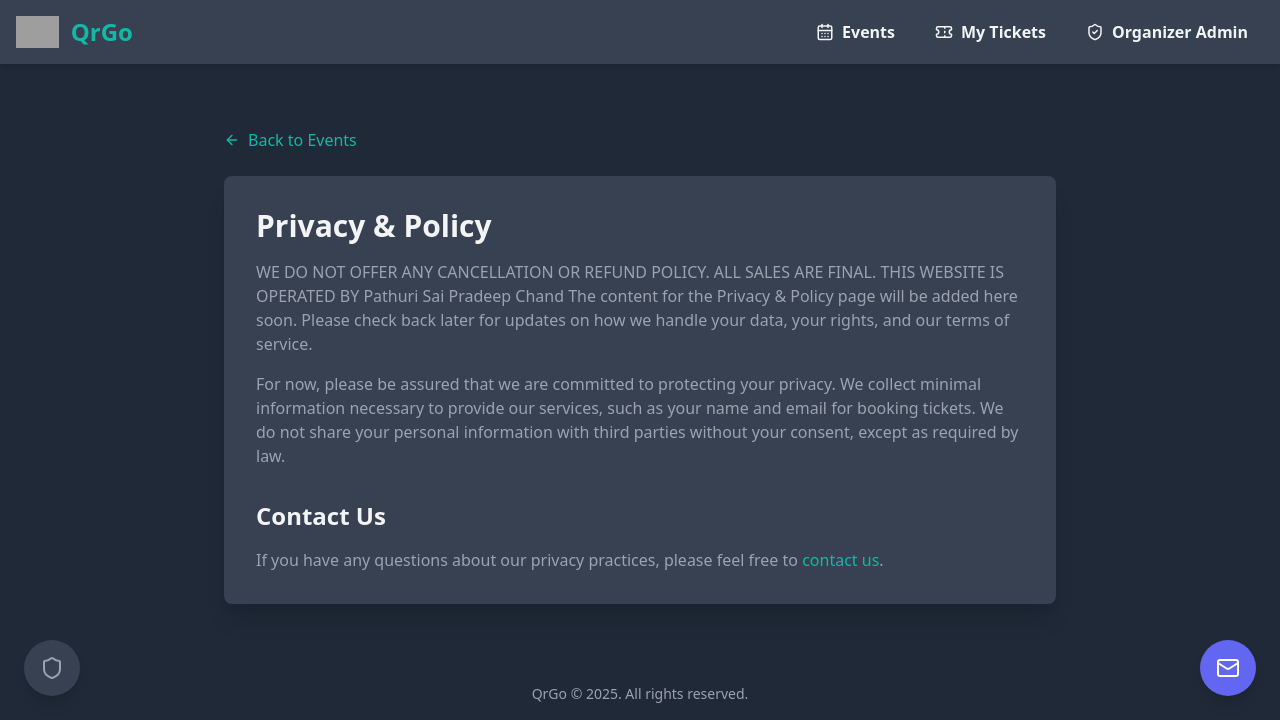
Repository: Dhakshin2007/QrGo
Page: /#/privacy-policy
These files come from the project's save history. The page is drawn as it stood at one moment and after a run of saves; the edit follows.
The browser window is 1280 px wide. The pictures show the whole page.
Pictures or frames that could not be fetched are drawn as grey boxes. Some web libraries are served in a nearby version. The project was rebuilt for these pictures with package versions that can differ from the ones it lists, and the page was loaded fresh each time. Also part of the build but not shown: vite.config.ts, components/EventCard.tsx, pages/HomePage.tsx, pages/BookingPage.tsx, components/TicketCard.tsx, pages/MyTicketsPage.tsx, services/aiService.ts, pages/AdminPage.tsx.

Above is the page before, as saved 2025-08-10 12:42:28.

### index.html
<!DOCTYPE html>
<html lang="en">
  <head>
    <meta name="description" content="Website Used to Host Events and Book Tickets and Inbuild scanning. If You want to Host an Event, Contact Us." />
<meta name="keywords" content="QrGo , QrGo Startup , Events IIT Ropar,Tickets , District , Paytm , Zomato , Ticket Booking , Event Hosting ,  Telugu Students IIT, IIT Ropar culture, IIT Ropar">
<meta name="author" content="Kotha Dhakshin">
<meta property="og:title" content="QrGo - Event Ticket Hosting Platform" />
<meta property="og:description" content="Official site for QrGo. Events, Bookings, and student details." />
<meta property="og:url" content="https://qrgo-weld.vercel.app/" />
<meta property="og:type" content="website" />
<meta property="og:image" content="#" />

  <meta charset="UTF-8" />
    <link rel="icon" type="image/png" href = "https://i.postimg.cc/qqd3M6cN/Google-AI-Studio-2025-08-09-T14-17-15-618-Z.png" />
    <meta name="viewport" content="width=device-width, initial-scale=1.0" />
    <title>QrGo</title>
    <script src="https://cdn.tailwindcss.com"></script>
    <script>
      tailwind.config = {
        theme: {
          extend: {
            colors: {
              'primary': '#14b8a6', // teal-500
              'primary-focus': '#0d9488', // teal-600
              'background': '#1f2937', // gray-800
              'surface': '#374151', // gray-700
              'on-surface': '#f3f4f6', // gray-200
              'on-surface-secondary': '#9ca3af', // gray-400
              'accent': '#6366f1', // indigo-500
            }
          }
        }
      }
    </script>
    <!-- html5-qrcode library -->
    <script src="https://unpkg.com/html5-qrcode" type="text/javascript"></script>
  <script type="importmap">
{
  "imports": {
    "react-router-dom": "https://esm.sh/react-router-dom@^7.8.0",
    "react-dom/": "https://esm.sh/react-dom@^19.1.1/",
    "react/": "https://esm.sh/react@^19.1.1/",
    "react": "https://esm.sh/react@^19.1.1",
    "lucide-react": "https://esm.sh/lucide-react@^0.539.0",
    "html5-qrcode": "https://esm.sh/html5-qrcode@^2.3.8",
    "qrcode": "https://esm.sh/qrcode@^1.5.4",
    "@supabase/supabase-js": "https://esm.sh/@supabase/supabase-js@2",
    "@google/genai": "https://esm.sh/@google/genai@^1.13.0"
  }
}
</script>
</head>
  <body class="bg-background text-on-surface">
    <div id="root"></div>
    <script type="module" src="/index.tsx"></script>
  </body>
</html>

### App.tsx


import React, { createContext, useContext, useState, useEffect, useCallback, ReactNode } from 'react';
import * as ReactRouterDOM from 'react-router-dom';
import HomePage from './pages/HomePage';
import BookingPage from './pages/BookingPage';
import MyTicketsPage from './pages/MyTicketsPage';
import AdminPage from './pages/AdminPage';
import PrivacyPolicyPage from './pages/PrivacyPolicyPage';
import Header from './components/Header';
import { ToastProvider } from './contexts/ToastContext';
import { AuthProvider } from './contexts/AuthContext';
import Toast from './components/Toast';
import { Mail, Shield } from 'lucide-react';
import { Event, EventStatus } from './types';
import { db } from './services/db';

// --- Event Context for Global State Management ---

interface EventContextType {
  events: Event[];
  isLoading: boolean;
  updateEventStatus: (eventId: string, newStatus: EventStatus) => void;
}

const EventContext = createContext<EventContextType | undefined>(undefined);

export const EventProvider: React.FC<{ children: ReactNode }> = ({ children }) => {
  const [events, setEvents] = useState<Event[]>([]);
  const [isLoading, setIsLoading] = useState(true);

  useEffect(() => {
    const fetchEvents = async () => {
      try {
        const initialEvents = await db.getEvents();
        setEvents(initialEvents);
      } catch (error) {
        console.error("Failed to fetch initial events:", error);
      } finally {
        setIsLoading(false);
      }
    };
    fetchEvents();
  }, []);

  const updateEventStatus = useCallback((eventId: string, newStatus: EventStatus) => {
    setEvents(currentEvents =>
      currentEvents.map(event =>
        event.id === eventId ? { ...event, status: newStatus } : event
      )
    );
  }, []);

  return (
    <EventContext.Provider value={{ events, isLoading, updateEventStatus }}>
      {children}
    </EventContext.Provider>
  );
};

export const useEvents = () => {
  const context = useContext(EventContext);
  if (!context) {
    throw new Error('useEvents must be used within an EventProvider');
  }
  return context;
};


// --- Main App Component ---

const App: React.FC = () => {
  return (
    <ToastProvider>
      <AuthProvider>
        <EventProvider>
          <ReactRouterDOM.HashRouter>
            <div className="min-h-screen flex flex-col bg-background">
              <Header />
              <main className="flex-grow container mx-auto px-4 py-8">
                <ReactRouterDOM.Routes>
                  <ReactRouterDOM.Route path="/" element={<HomePage />} />
                  <ReactRouterDOM.Route path="/book/:eventId" element={<BookingPage />} />
                  <ReactRouterDOM.Route path="/my-tickets" element={<MyTicketsPage />} />
                  <ReactRouterDOM.Route path="/admin" element={<AdminPage />} />
                  <ReactRouterDOM.Route path="/privacy-policy" element={<PrivacyPolicyPage />} />
                </ReactRouterDOM.Routes>
              </main>
              <footer className="text-center py-4 text-on-surface-secondary text-sm">
                <p>QrGo &copy; 2025. All rights reserved.</p>
              </footer>
               <ReactRouterDOM.Link
                to="/privacy-policy"
                className="fixed bottom-6 left-6 bg-surface text-on-surface-secondary p-4 rounded-full shadow-lg hover:bg-primary hover:text-white transition-colors flex items-center gap-2 z-50"
                title="Privacy & Policy"
                aria-label="Privacy and Policy"
              >
                <Shield size={24} />
              </ReactRouterDOM.Link>
              <a
                href="mailto:kothadhakshin123@gmail.com"
                className="fixed bottom-6 right-6 bg-accent text-white p-4 rounded-full shadow-lg hover:bg-indigo-600 transition-colors flex items-center gap-2 z-50"
                title="Contact Support"
                aria-label="Contact Support"
              >
                <Mail size={24} />
              </a>
            </div>
          </ReactRouterDOM.HashRouter>
          <Toast />
        </EventProvider>
      </AuthProvider>
    </ToastProvider>
  );
};

export default App;

### pages/PrivacyPolicyPage.tsx

import React from 'react';
import * as ReactRouterDOM from 'react-router-dom';
import { ArrowLeft } from 'lucide-react';

const PrivacyPolicyPage: React.FC = () => {
  return (
    <div className="max-w-4xl mx-auto animate-fade-in p-4 sm:p-6 lg:p-8">
      <ReactRouterDOM.Link to="/" className="flex items-center gap-2 mb-6 text-primary hover:underline">
          <ArrowLeft size={16} /> Back to Events
       </ReactRouterDOM.Link>
      <div className="bg-surface rounded-lg shadow-xl p-8">
        <h1 className="text-3xl font-bold mb-4 text-on-surface">Privacy & Policy</h1>
        <div className="space-y-4 text-on-surface-secondary">
          <p>
            WE DO NOT OFFER ANY CANCELLATION OR REFUND POLICY. ALL SALES ARE FINAL.
            THIS WEBSITE IS OPERATED BY Pathuri Sai Pradeep Chand
            The content for the Privacy & Policy page will be added here soon.
            Please check back later for updates on how we handle your data, your rights, and our terms of service.
          </p>
          <p>
            For now, please be assured that we are committed to protecting your privacy. We collect minimal information necessary to provide our services, such as your name and email for booking tickets.
            We do not share your personal information with third parties without your consent, except as required by law.
          </p>
          <h2 className="text-2xl font-semibold text-on-surface pt-4">Contact Us</h2>
          <p>
            If you have any questions about our privacy practices, please feel free to <a href="mailto:kothadhakshin123@gmail.com" className="text-primary hover:underline">contact us</a>.
          </p>
        </div>
      </div>
    </div>
  );
};

export default PrivacyPolicyPage;

### components/Header.tsx

import React from 'react';
import * as ReactRouterDOM from 'react-router-dom';
import { Ticket, ShieldCheck, CalendarDays, QrCode } from 'lucide-react';
import { LOGO_URL } from '../constants';

const Header: React.FC = () => {
  const activeLinkClass = "bg-primary text-white";
  const inactiveLinkClass = "text-on-surface hover:bg-surface";

  return (
    <header className="bg-surface shadow-md sticky top-0 z-50">
      <nav className="container mx-auto px-4 py-3 flex justify-between items-center">
        <ReactRouterDOM.Link to="/" className="flex items-center gap-3 text-2xl font-bold text-primary">
          {LOGO_URL ? (
            <img src={LOGO_URL} alt="QrGo Logo" className="h-8 w-auto" />
          ) : (
            <QrCode size={28} />
          )}
          <span>QrGo</span>
        </ReactRouterDOM.Link>
        <div className="flex items-center gap-2">
          <ReactRouterDOM.NavLink
            to="/"
            className={({ isActive }) => `${isActive ? activeLinkClass : inactiveLinkClass} px-4 py-2 rounded-md font-semibold transition-colors duration-200 flex items-center gap-2`}
          >
            <CalendarDays size={18}/> Events
          </ReactRouterDOM.NavLink>
          <ReactRouterDOM.NavLink
            to="/my-tickets"
            className={({ isActive }) => `${isActive ? activeLinkClass : inactiveLinkClass} px-4 py-2 rounded-md font-semibold transition-colors duration-200 flex items-center gap-2`}
          >
            <Ticket size={18}/> My Tickets
          </ReactRouterDOM.NavLink>
          <ReactRouterDOM.NavLink
            to="/admin"
            className={({ isActive }) => `${isActive ? activeLinkClass : inactiveLinkClass} px-4 py-2 rounded-md font-semibold transition-colors duration-200 flex items-center gap-2`}
          >
            <ShieldCheck size={18}/> Organizer Admin
          </ReactRouterDOM.NavLink>
        </div>
      </nav>
    </header>
  );
};

export default Header;

### contexts/ToastContext.tsx
import React, { createContext, useState, useContext, ReactNode, useCallback, useRef } from 'react';

type ToastType = 'success' | 'error' | 'info';

interface ToastState {
  message: string;
  type: ToastType;
  isVisible: boolean;
}

interface ToastContextType {
  showToast: (message: string, type: ToastType) => void;
  toastConfig: ToastState | null;
}

const ToastContext = createContext<ToastContextType | undefined>(undefined);

export const ToastProvider: React.FC<{ children: ReactNode }> = ({ children }) => {
  const [toastConfig, setToastConfig] = useState<ToastState | null>(null);
  const timeoutIdRef = useRef<number | null>(null);

  const showToast = useCallback((message: string, type: ToastType) => {
    if (timeoutIdRef.current) {
      clearTimeout(timeoutIdRef.current);
    }
    setToastConfig({ message, type, isVisible: true });

    timeoutIdRef.current = window.setTimeout(() => {
      setToastConfig(prev => prev ? { ...prev, isVisible: false } : null);
      timeoutIdRef.current = null;
    }, 4000);
  }, []);


  return (
    <ToastContext.Provider value={{ showToast, toastConfig }}>
      {children}
    </ToastContext.Provider>
  );
};

export const useToast = () => {
  const context = useContext(ToastContext);
  if (context === undefined) {
    throw new Error('useToast must be used within a ToastProvider');
  }
  return context;
};

### contexts/AuthContext.tsx
import React, { createContext, useState, useContext, ReactNode, useCallback } from 'react';
import { Organizer } from '../types';

interface AuthState {
  isUserLoggedIn: boolean;
  userEmail: string | null;
  userPin: string | null;
  loggedInOrganizer: Organizer | null;
  loginUser: (email: string, pin: string) => void;
  logoutUser: () => void;
  loginOrganizer: (username: string, secretId: string) => boolean;
  logoutOrganizer: () => void;
}

const AuthContext = createContext<AuthState | undefined>(undefined);

export const AuthProvider: React.FC<{ children: ReactNode }> = ({ children }) => {
  const [isUserLoggedIn, setIsUserLoggedIn] = useState(false);
  const [userEmail, setUserEmail] = useState<string | null>(null);
  const [userPin, setUserPin] = useState<string | null>(null);
  const [loggedInOrganizer, setLoggedInOrganizer] = useState<Organizer | null>(null);

  const loginUser = (email: string, pin:string) => {
    setUserEmail(email.toLowerCase());
    setUserPin(pin);
    setIsUserLoggedIn(true);
  };

  const logoutUser = () => {
    setIsUserLoggedIn(false);
    setUserEmail(null);
    setUserPin(null);
  };

  const loginOrganizer = useCallback((username: string, secretId: string): boolean => {
    // --- Security Note ---
    // In a real production application, this organizer data should NOT be hardcoded here.
    // It should be loaded securely, for example, from environment variables on a server
    // or from a secure configuration service. This prevents sensitive credentials from
    // being exposed in the client-side code.
    // Example for a Node.js environment:
    // const ORGANIZERS = JSON.parse(process.env.ORGANIZERS_JSON || '[]');
    const ORGANIZERS: Organizer[] = [
      { id: 'super-admin', username: 'Dhakshin', secretId: 'Dk07' },
      { id: 'org-1', username: 'TCA', secretId: 'tca@2334' },
      // { id: 'org-2', username: 'TechCon', secretId: 'techcon-secret' }
    ];

    const organizer = ORGANIZERS.find(
        org => org.username.toLowerCase() === username.toLowerCase() && org.secretId === secretId
    );
    if (organizer) {
        setLoggedInOrganizer(organizer);
        return true;
    }
    return false;
  }, []);

  const logoutOrganizer = () => {
      setLoggedInOrganizer(null);
  };

  return (
    <AuthContext.Provider value={{ isUserLoggedIn, userEmail, userPin, loggedInOrganizer, loginUser, logoutUser, loginOrganizer, logoutOrganizer }}>
      {children}
    </AuthContext.Provider>
  );
};

export const useAuth = () => {
  const context = useContext(AuthContext);
  if (context === undefined) {
    throw new Error('useAuth must be used within an AuthProvider');
  }
  return context;
};

### components/Toast.tsx
import React from 'react';
import { useToast } from '../contexts/ToastContext';
import { CheckCircle, XCircle, Info } from 'lucide-react';

const icons = {
  success: <CheckCircle className="text-green-400" size={24} />,
  error: <XCircle className="text-red-400" size={24} />,
  info: <Info className="text-blue-400" size={24} />,
};

const bgColors = {
  success: 'bg-green-500/20 border-green-500',
  error: 'bg-red-500/20 border-red-500',
  info: 'bg-blue-500/20 border-blue-500',
};

const Toast: React.FC = () => {
  const { toastConfig } = useToast();

  if (!toastConfig) {
    return null;
  }

  const { message, type, isVisible } = toastConfig;

  return (
    <div
      aria-live="assertive"
      className={`fixed bottom-5 right-5 z-50 transition-all duration-300 ease-in-out ${isVisible ? 'opacity-100 translate-y-0' : 'opacity-0 translate-y-4'}`}
    >
      <div className={`flex items-center gap-4 p-4 rounded-lg shadow-lg border-l-4 text-on-surface bg-surface ${bgColors[type]}`}>
        <div>{icons[type]}</div>
        <p className="font-semibold">{message}</p>
      </div>
    </div>
  );
};

export default Toast;

### types.ts

export type Organizer = {
  id: string;
  username: string;
  secretId: string;
};

export enum BookingStatus {
  Pending = 'Pending',
  Confirmed = 'Confirmed',
  Rejected = 'Rejected',
}

export enum EventStatus {
  Upcoming = 'Upcoming',
  Ongoing = 'Ongoing',
}

export type Event = {
  id: string;
  organizerId: string;
  name: string;
  date: string;
  venue: string;
  description: string;
  image: string;
  status: EventStatus;
  requiresEntryNumber?: boolean;
  upiId?: string;
  upiLink?: string;
  qrCodeImage?: string;
};

export type Booking = {
  id: string;
  eventId: string;
  userName: string;
  userEmail: string;
  userPhone: string;
  entryNumber: string | null;
  transactionId: string | null;
  paymentProof: string | null; // Public URL to the image in Supabase Storage
  pin: string; // Should be hashed on a real backend
  status: BookingStatus;
  checkedIn: boolean;
  createdAt: string;
};

### services/supabaseClient.ts
import { createClient } from '@supabase/supabase-js';
import { BookingStatus } from '../types';

// --- Supabase Client Initialization ---

// #############################################################################
// #  IMPORTANT: FIX FOR "INVALID API KEY" / "401 UNAUTHORIZED" ERROR          #
// #############################################################################
// # The API key below is a DUMMY key. You MUST replace it with your own.      #
// # 1. Go to your Supabase project dashboard.                                 #
// # 2. Go to Project Settings > API.                                          #
// # 3. Copy the `anon` `public` key.                                          #
// # 4. Paste it here to replace the DUMMY key.                                #
// #############################################################################
const supabaseUrl = 'https://hkniptskidhgpavyejwz.supabase.co';
// This is a valid-looking dummy key to prevent startup crashes. It will not work for API calls.
const supabaseKey = 'sb_publishable_tQDQrjVzkEe6GwUMwAzoYA_YMzWUTT5';

if (supabaseUrl.includes('your-project-url') || supabaseKey.includes('PASTE_YOUR_REAL')) {
    // This will crash the app and show a clear error in the developer console,
    // preventing the app from running in a broken state.
    throw new Error("Supabase credentials are not set! Please update services/supabaseClient.ts with your project's URL and anon key. You can get these from your Supabase project's API settings.");
}


// Define database types for TypeScript support
// The database schema uses quoted identifiers (e.g., "eventId") to match the camelCase used in the application.
export type DbBooking = {
  id: string;
  eventId: string;
  userName: string;
  userEmail: string;
  userPhone: string;
  transactionId: string | null;
  paymentProof: string | null;
  pin: string;
  status: BookingStatus;
  checkedIn: boolean;
  createdAt: string;
};

// This type defines the shape of the data that can be inserted into the 'bookings' table.
export type DbBookingInsert = {
    id: string;
    eventId: string;
    userName: string;
    userEmail: string;
    userPhone: string;
    transactionId: string | null;
    paymentProof: string | null;
    pin: string;
    status: BookingStatus;
    checkedIn: boolean;
    createdAt: string;
};

// This explicit type for updates avoids nested generics which can cause TS errors.
export type DbBookingUpdate = {
    eventId?: string;
    userName?: string;
    userEmail?: string;
    userPhone?: string;
    transactionId?: string | null;
    paymentProof?: string | null;
    pin?: string;
    status?: BookingStatus;
    checkedIn?: boolean;
    createdAt?: string;
}

// New types for the `free_bookings` table
export type DbFreeBooking = {
  id: string;
  eventId: string;
  userName: string;
  userEmail: string;
  userPhone: string;
  entryNumber: string | null;
  pin: string;
  status: BookingStatus;
  checkedIn: boolean;
  createdAt: string;
};

export type DbFreeBookingInsert = {
    id: string;
    eventId: string;
    userName: string;
    userEmail: string;
    userPhone: string;
    entryNumber: string | null;
    pin: string;
    status: BookingStatus;
    checkedIn: boolean;
    createdAt: string;
};

export type DbFreeBookingUpdate = {
    eventId?: string;
    userName?: string;
    userEmail?: string;
    userPhone?: string;
    entryNumber?: string | null;
    pin?: string;
    status?: BookingStatus;
    checkedIn?: boolean;
    createdAt?: string;
};


export interface Database {
  public: {
    Tables: {
      bookings: {
        Row: DbBooking;
        Insert: DbBookingInsert;
        Update: DbBookingUpdate;
      };
      free_bookings: {
        Row: DbFreeBooking;
        Insert: DbFreeBookingInsert;
        Update: DbFreeBookingUpdate;
      };
    };
  };
}


export const supabase = createClient<Database>(supabaseUrl, supabaseKey);

Loaded but not shown: index.tsx (common file); services/db.ts (339 lines, source omitted); constants.ts (92 lines, source omitted)

After the next 2 saves:
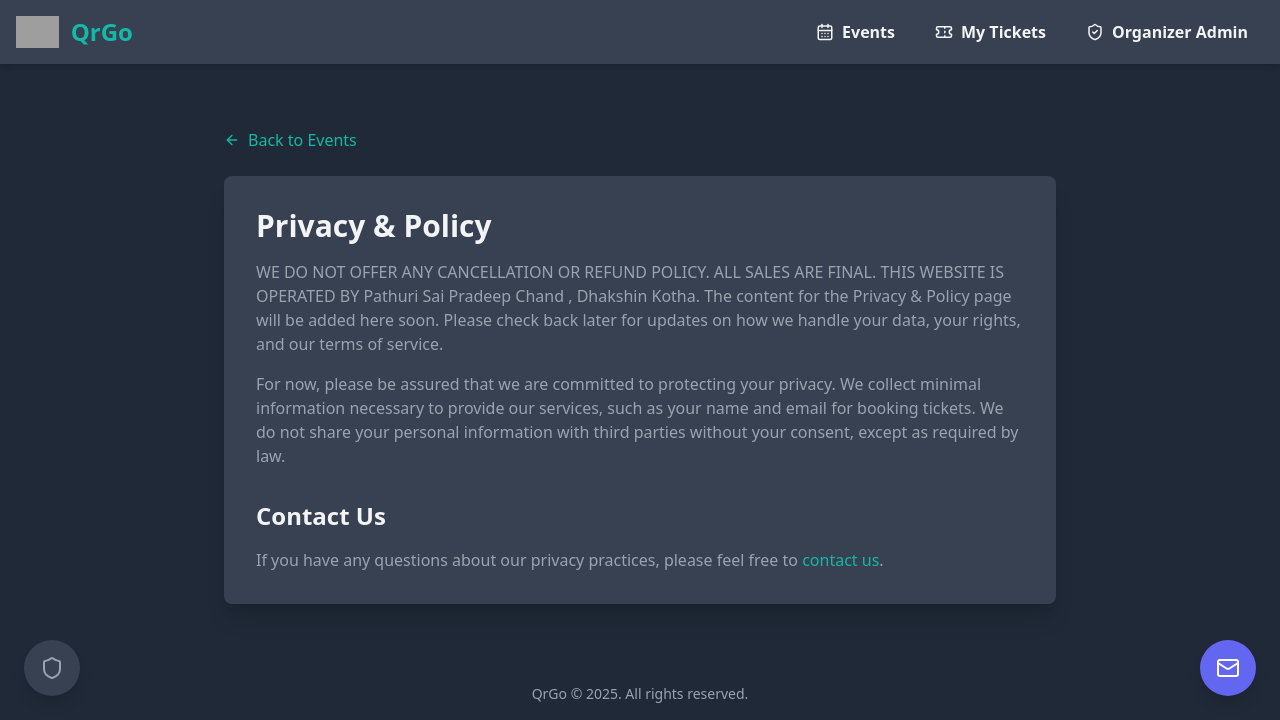
The 2 saves are shown as one change because they came seconds apart.
The last was saved 9 s later.
--- a/pages/PrivacyPolicyPage.tsx
+++ b/pages/PrivacyPolicyPage.tsx
@@ -14,7 +14,7 @@ const PrivacyPolicyPage: React.FC = () => {
         <div className="space-y-4 text-on-surface-secondary">
           <p>
             WE DO NOT OFFER ANY CANCELLATION OR REFUND POLICY. ALL SALES ARE FINAL.
-            THIS WEBSITE IS OPERATED BY Pathuri Sai Pradeep Chand
+            THIS WEBSITE IS OPERATED BY Pathuri Sai Pradeep Chand , Dhakshin Kotha.
             The content for the Privacy & Policy page will be added here soon.
             Please check back later for updates on how we handle your data, your rights, and our terms of service.
           </p>
